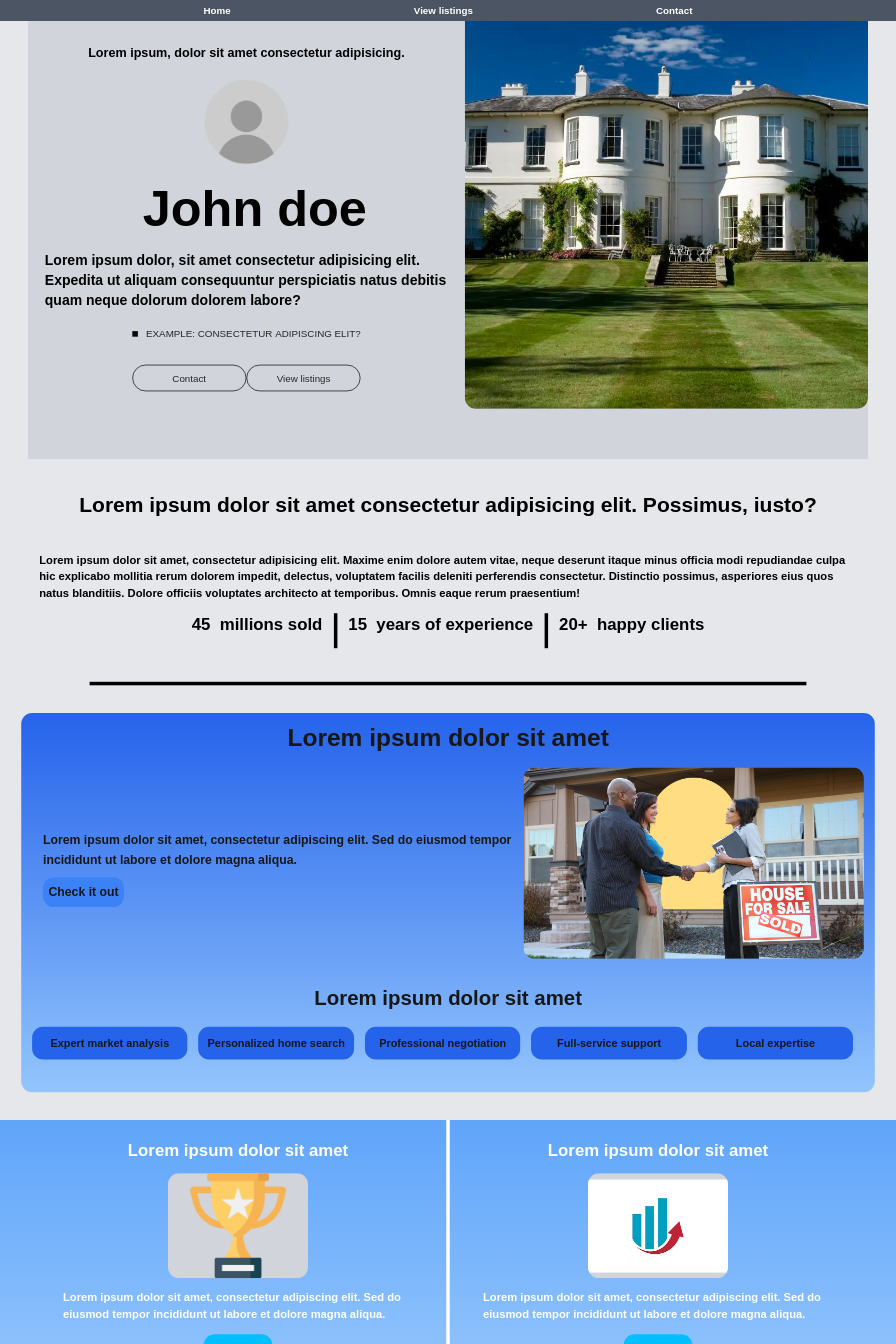
Repository: TMuse333/single-page-real-estate
Page: / (app in frontend/)
These files come from the project's save history. The page is drawn as it stood at one moment and after the next save; the edit follows.
The browser window is 1280 px wide. The pictures show the part of the page from y = 0 to 1920 px (the page is 6391 px tall), at 70% of full size.
The project was rebuilt for these pictures with package versions that can differ from the ones it lists, and the page was loaded fresh each time. The framework's server and built-in components were replaced by stand-ins that run in the browser. Also part of the build but not shown: frontend/next.config.mjs.

Above is the page before, as saved 2024-12-05 15:40:26.

After the next save:
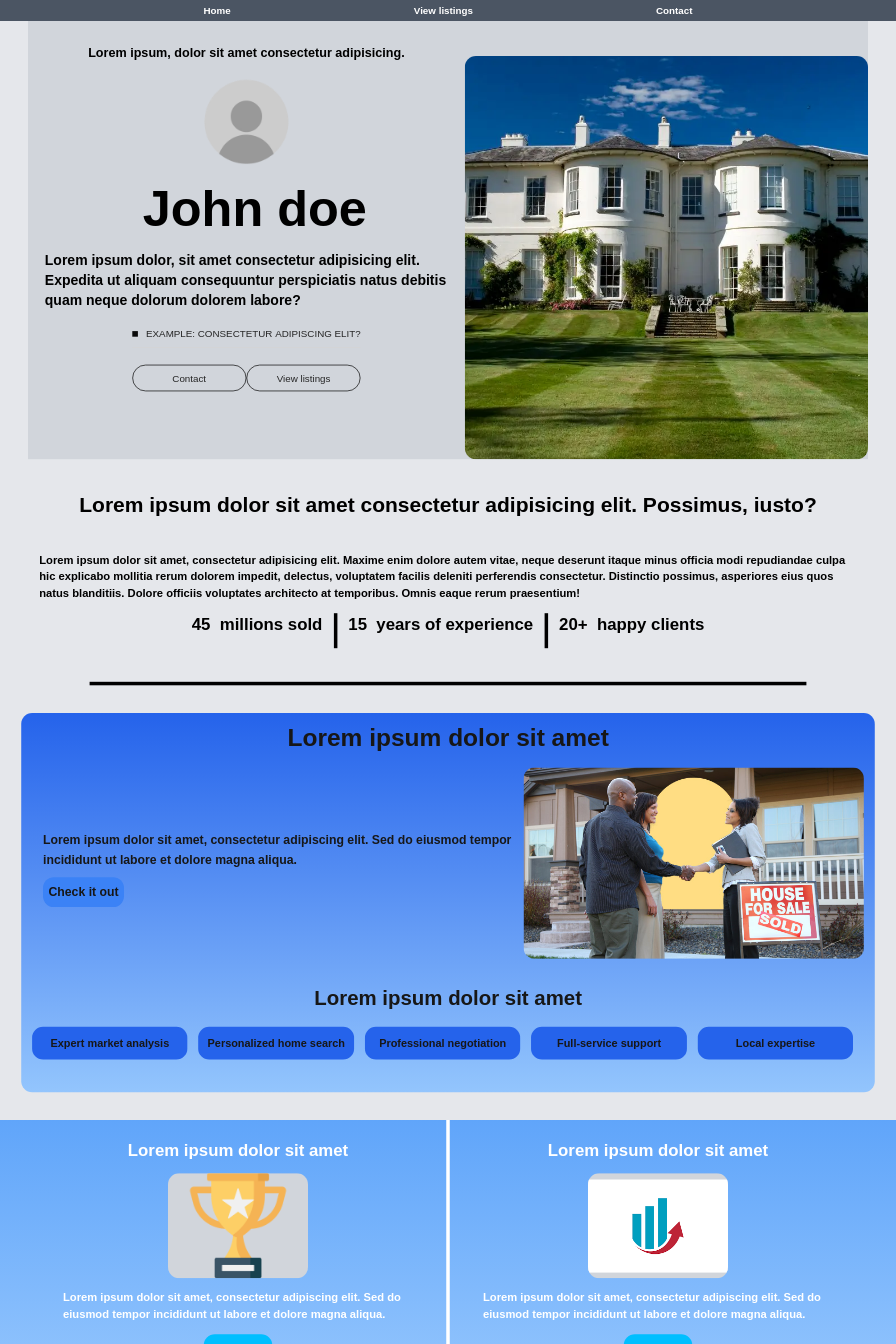
Saved 5 s later.
--- a/frontend/src/components/herobanner/herobanner.tsx
+++ b/frontend/src/components/herobanner/herobanner.tsx
@@ -69,7 +69,7 @@
             width={1300}
             alt='A full body image of Thomas Musial'
             className="w-[45vw] hidden rounded-2xl  object-cover mx-auto
- bg-gray-300  md:block h-[80vh] my-auto
+ bg-gray-300  md:block h-[80vh] mt-auto
 
 
             "

After the save that followed:
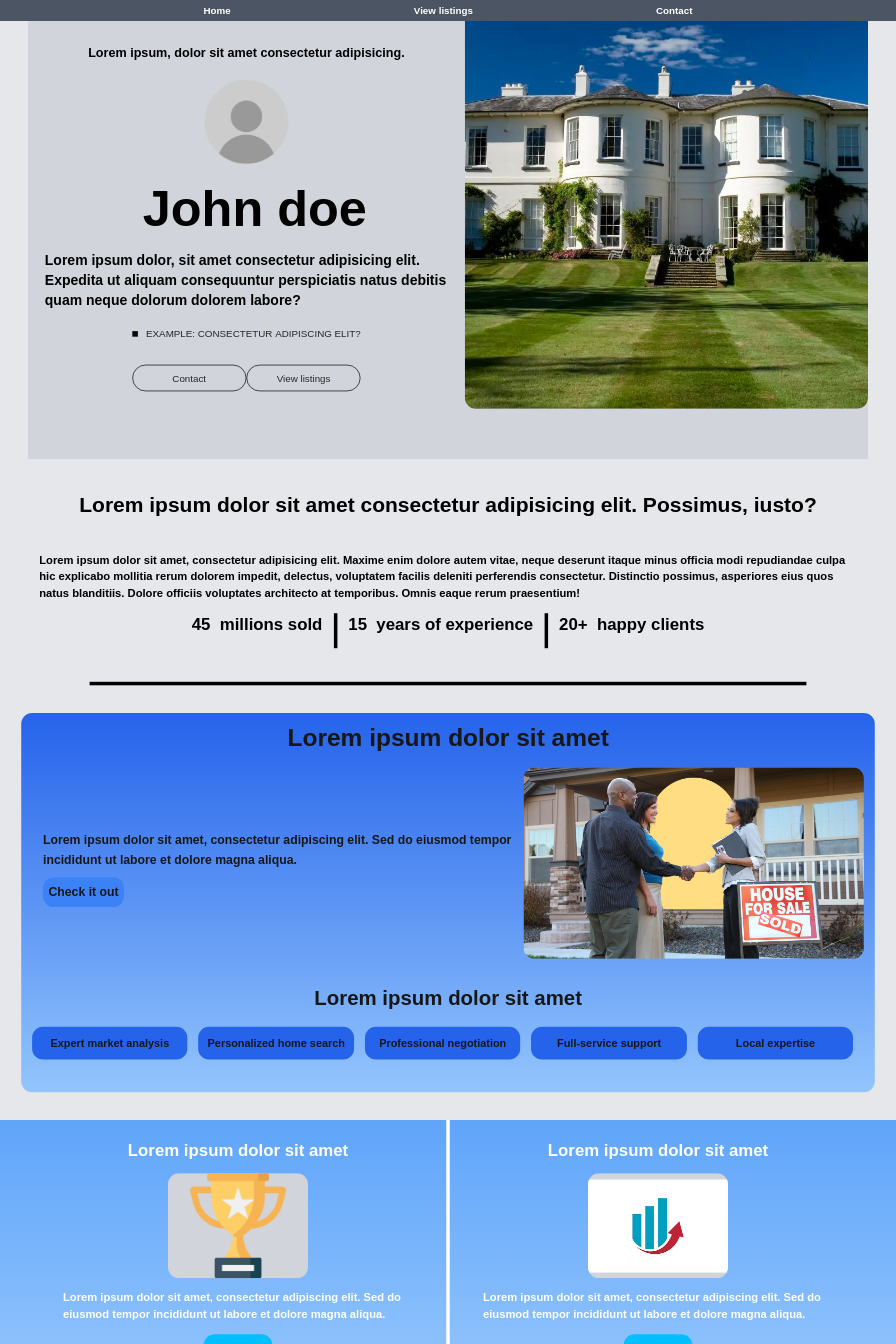
Saved 5 s later.
--- a/frontend/src/components/herobanner/herobanner.tsx
+++ b/frontend/src/components/herobanner/herobanner.tsx
@@ -69,7 +69,7 @@
             width={1300}
             alt='A full body image of Thomas Musial'
             className="w-[45vw] hidden rounded-2xl  object-cover mx-auto
- bg-gray-300  md:block h-[80vh] mt-auto
+ bg-gray-300  md:block h-[80vh] mt-auto mb-auto
 
 
             "
